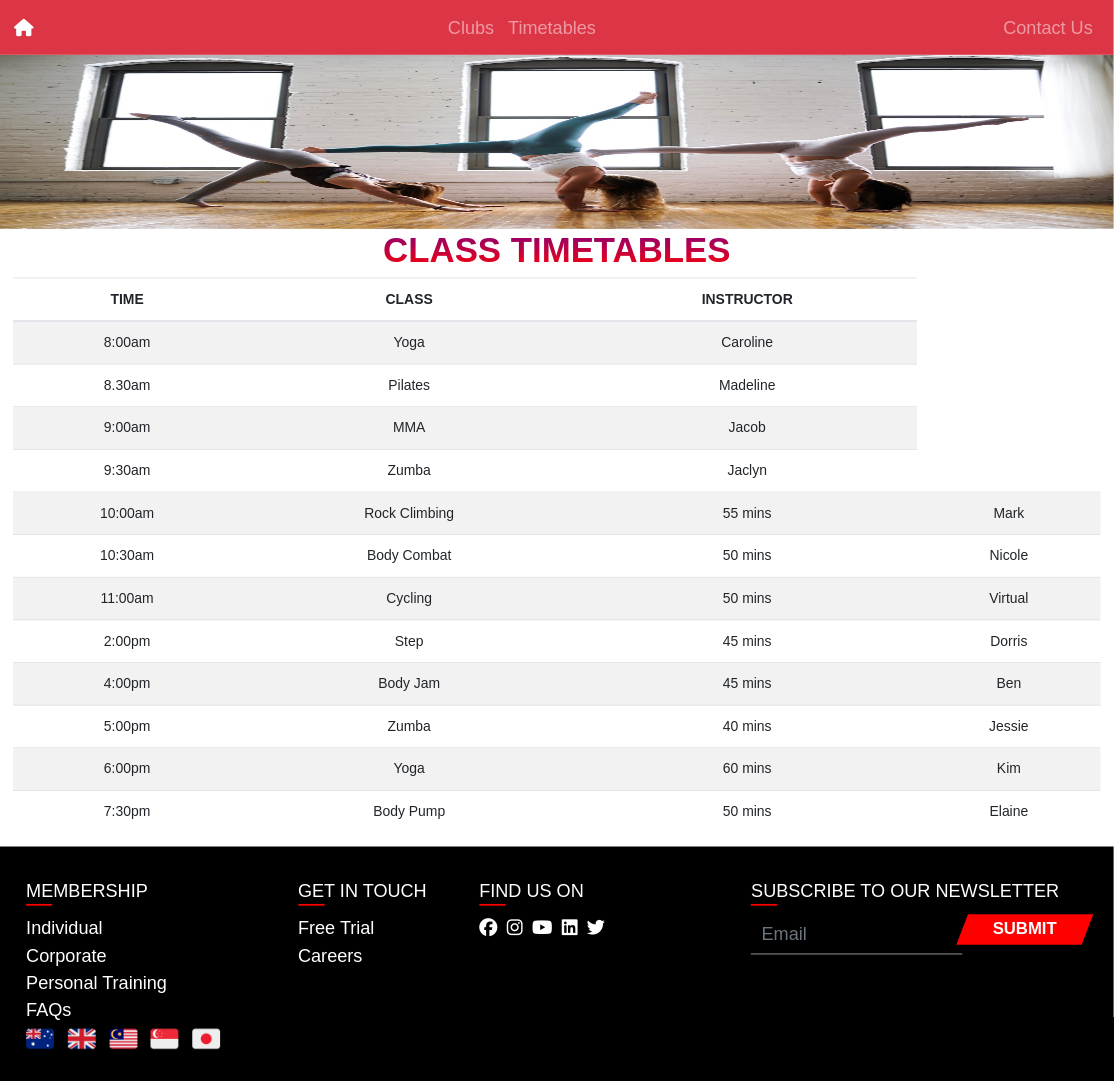
Repository: KJY93/User_Centric_Frontend_Development_Project
Page: timetables.html
The author's editor kept a record of every edit. The page is drawn from the files as they stood at one moment, then again after the next edit.
The browser window is 1280 px wide. The pictures show the whole page, at 87% of full size.
Some web fonts or font styles are not loaded; a fallback is used. Some web libraries are served in a nearby version.

Above is the page before.

After the next edit:
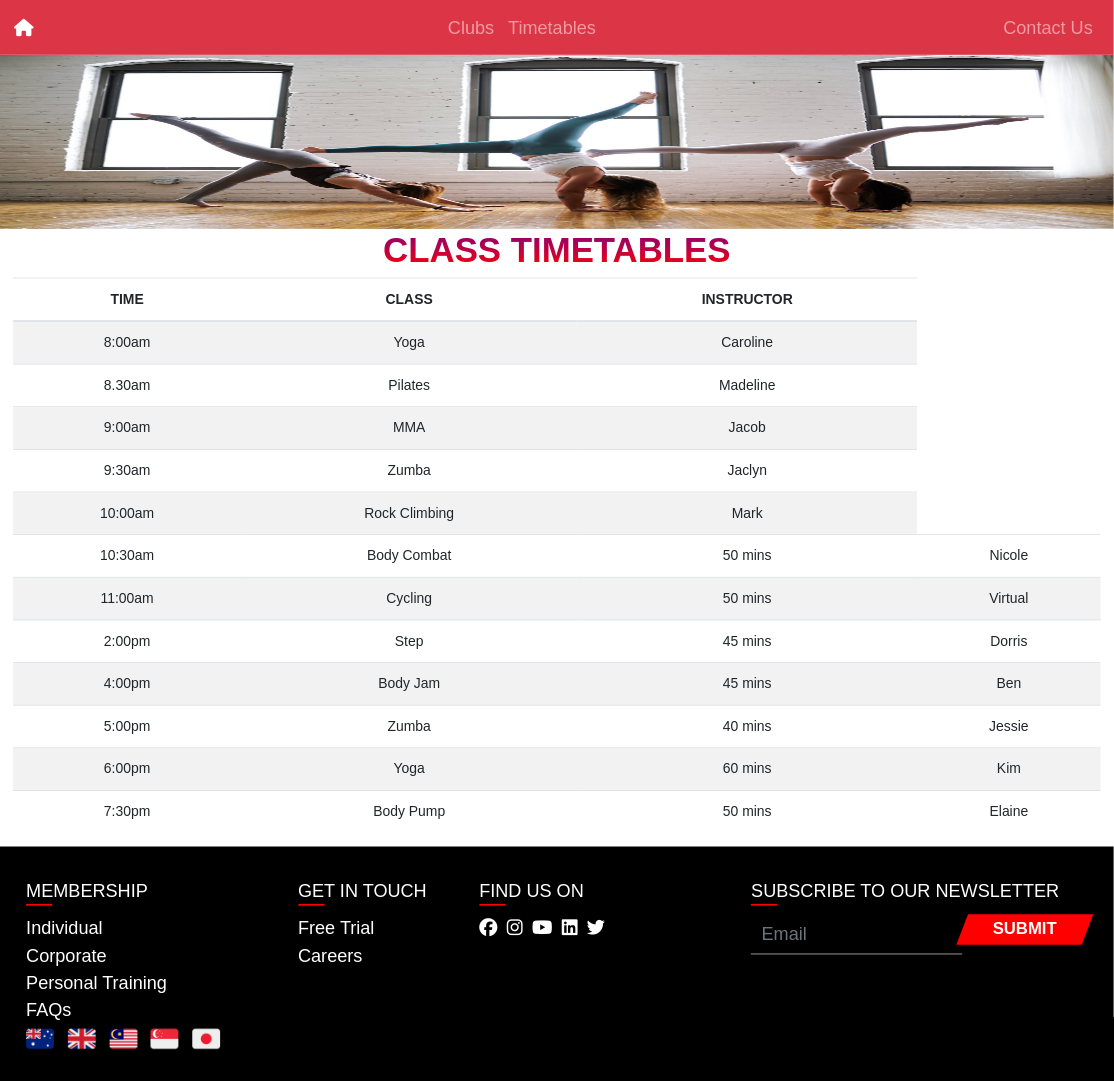
The edit:
--- a/timetables.html
+++ b/timetables.html
@@ -100,7 +100,7 @@
                         <tr>
                             <td>10:00am</td>
                             <td>Rock Climbing</td>
-                            <td>55 mins</td>
+                            <!--<td>55 mins</td>-->
                             <td>Mark</td>
                         </tr>
                         <tr>
